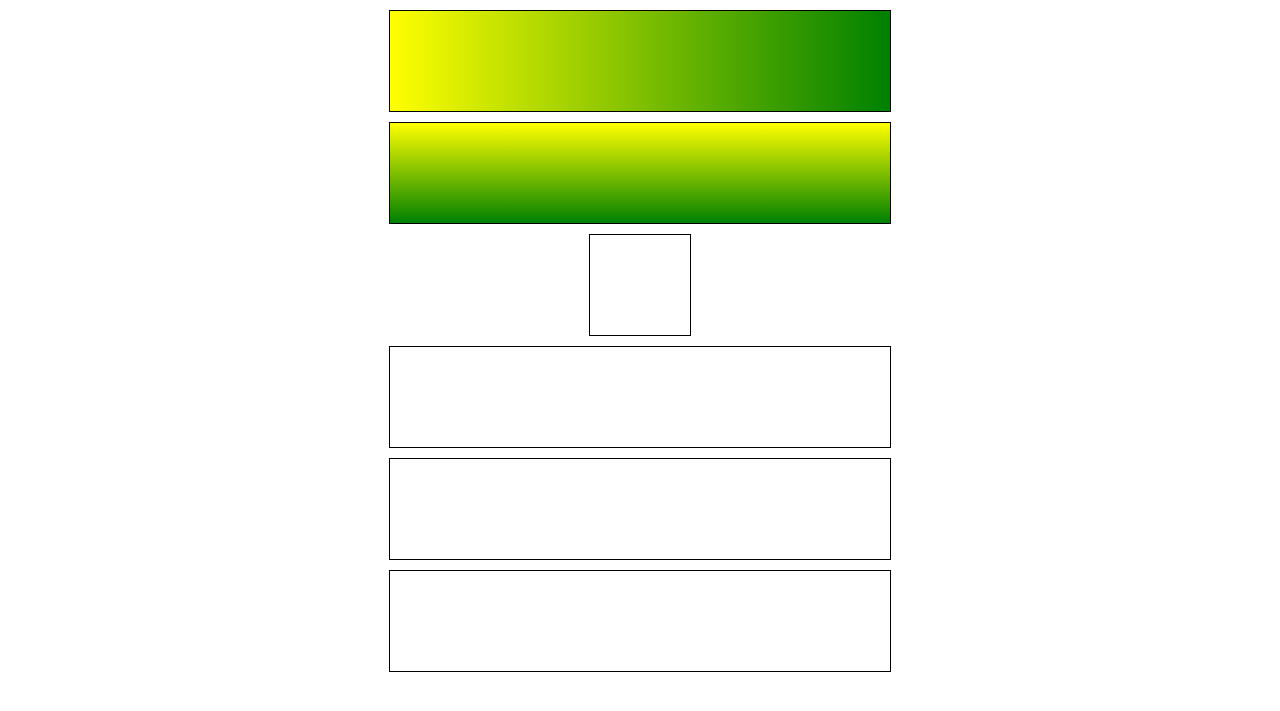
Repository: KaibutsuSama/CodePracticeExample
Page: Html5+Css3/Css3/02.背景属性/05.渐变.html
These files come from the project's save history. The page is drawn as it stood at one moment and after the next save; the edit follows.
The browser window is 1280 px wide. The pictures show the whole page.

Above is the page before, as saved 2023-01-29 21:58:57.

### Html5+Css3/Css3/02.背景属性/05.渐变.html
<!DOCTYPE html>
<html lang="en">

<head>
    <meta charset="UTF-8">
    <meta http-equiv="X-UA-Compatible" content="IE=edge">
    <meta name="viewport" content="width=device-width, initial-scale=1.0">
    <title>Document</title>
    <style type="text/CSS">
        div {
            width: 500px;
            height: 100px;
            margin: 10px auto;
            border: 1px solid #000;
        }

        /* 语法：
            linear-gradient(方向，起始颜色，终止颜色);
            方向：to left   to right  to top   to bottom 　角度　30deg
            起始颜色
            终止颜色
        */

        div:nth-child(1){
            background-image: linear-gradient(to right,yellow,green);
        }

        div:nth-child(2){
            background-image: linear-gradient(yellow, green);
        }

        div:nth-child(3){
            width: 100px;
            height: 100px;
            background-image: linear-gradient();
        }

    </style>
</head>

<body>
    <div></div>
    <div></div>
    <div></div>
    <div></div>
    <div></div>
    <div></div>
</body>

</html>

After the next save:
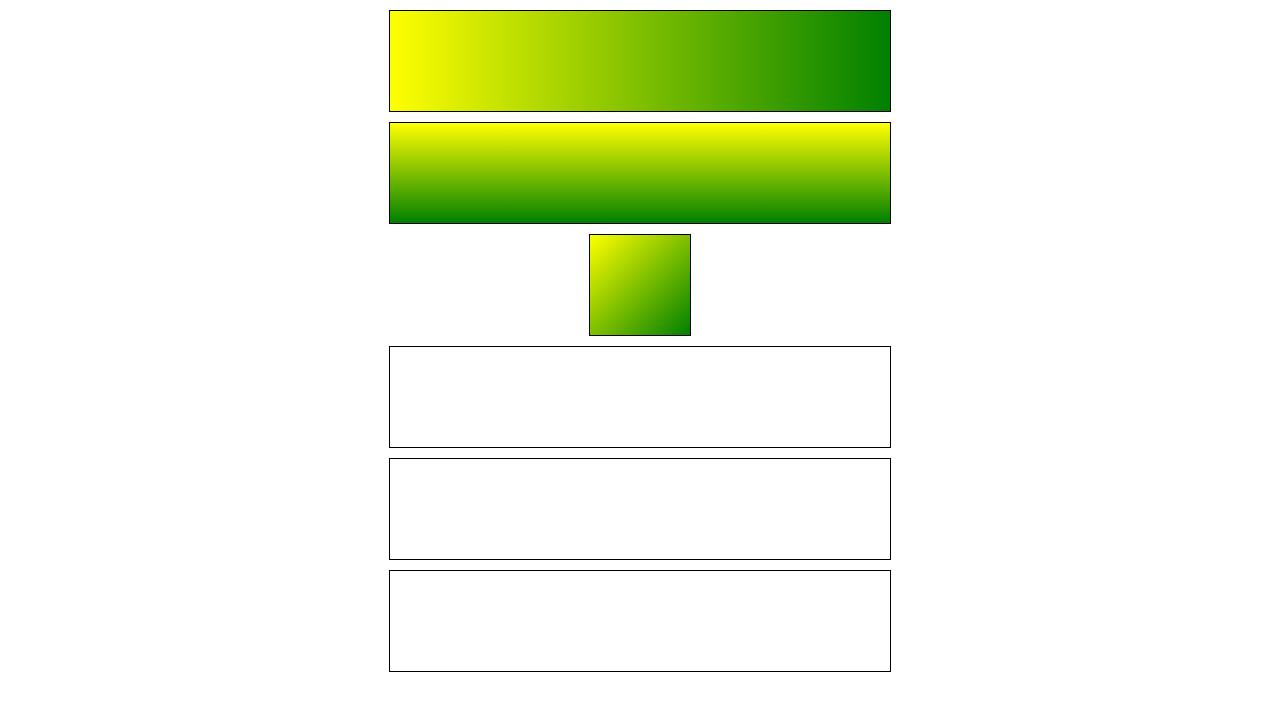
Saved 5 s later.
--- a/Html5+Css3/Css3/02.背景属性/05.渐变.html
+++ b/Html5+Css3/Css3/02.背景属性/05.渐变.html
@@ -32,7 +32,7 @@
         div:nth-child(3){
             width: 100px;
             height: 100px;
-            background-image: linear-gradient();
+            background-image: linear-gradient(135deg,yellow,green);
         }
 
     </style>
